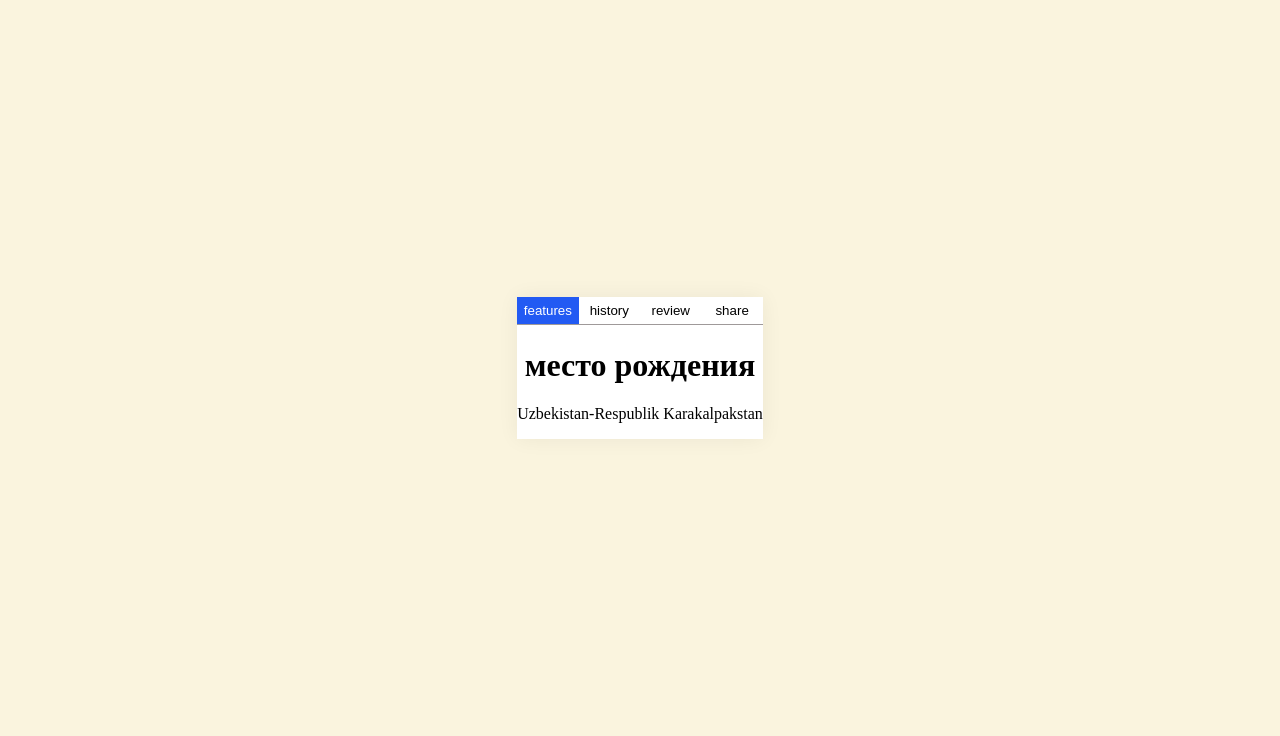
Repository: atamuratov777/info-about-me
Page: index.html
An editor plug-in stored every save of this project. The page is shown before and after the next save, followed by the edit.
The browser window is 1280 px wide. The pictures show the whole page.

Above is the page before, as saved 2026-06-20 14:58:52.

### index.html
<!DOCTYPE html>
<html lang="en">

<head>
    <link rel="stylesheet" href="./style.css">
    <meta charset="UTF-8">
    <meta name="viewport" content="width=device-width, initial-scale=1.0">
    <title>Document</title>
</head>

<body>

    <div class="card">
        <div class="card_top">
            <button class="btn active" onclick="{clickBtn(1)}">features</button>
            <button class="btn " onclick="{clickBtn(2)}">history</button>
            <button class="btn " onclick="{clickBtn(3)}">review</button>
            <button class="btn " onclick="{clickBtn(4)}">share</button>
        </div>


        <div class="card_bottom">
            <div class="text1 active">
                <h1>место рождения</h1>
                <p>Uzbekistan-Respublik Karakalpakstan</p>
            </div>

            <div class="text1">
                <h1>день рождения</h1>
                <p> 2011-15-May </p>
            </div>

            <div class="text1">
                <h1>contact to me</h1>
                <p> my-self(+998 91 098 87 11)
                    my-mom(+998 91 260 12 15)
                my-dad(+998 91 098 04 03)</p>
            </div>

            <div class="text1">
                <h1>Information about me</h1>
                <p> I study at school 53 and at the IT center.</p>
            </div>
        </div>

        <script src="./script.js"></script>
</body>

</html>

### style.css
body{
    background-color: rgb(250, 244, 222);
    display: flex;
    align-items: center;
    justify-content: center;
   height: 100vh;
}

.card{
    background-color: white;
    box-shadow: 0px 0px 20px rgba(0, 0, 0, 0.057);

}

.card_top{
    border-bottom: 1px solid rgb(159, 153, 153);
    display: grid;
    grid-template-columns: 1fr 1fr 1fr 1fr;
}

.btn{
    border: none;
    background-color: white;
    padding: 6px 0px;
    cursor: pointer;
}
.btn.active{
    background-color: rgb(34, 90, 243);
    color: white;
}


.btn:hover{
    background-color: rgb(234, 228, 221);
}



.text1{
    display: none;
}
.text1 h1{
    text-align: center;
}

.text1.active{
    display: block;
}

### script.js
const btns = document.getElementsByClassName("btn")
const texts = document.getElementsByClassName("text1")

const clickBtn = function (e) {
    btns[0].classList.add("active")
    btns[1].classList.add("active")
    btns[2].classList.add("active")
    btns[3].classList.add("active")
    btns[0].classList.remove("active")
    btns[1].classList.remove("active")
    btns[2].classList.remove("active")
    btns[3].classList.remove("active")
    texts[0].classList.add("active")
    texts[1].classList.add("active")
    texts[2].classList.add("active")
    texts[3].classList.add("active")
    texts[0].classList.remove("active")
    texts[1].classList.remove("active")
    texts[2].classList.remove("active")
    texts[3].classList.remove("active")
    btns[e - 1].classList.add("active")
    texts[e - 1].classList.add("active")

}

After the next save:
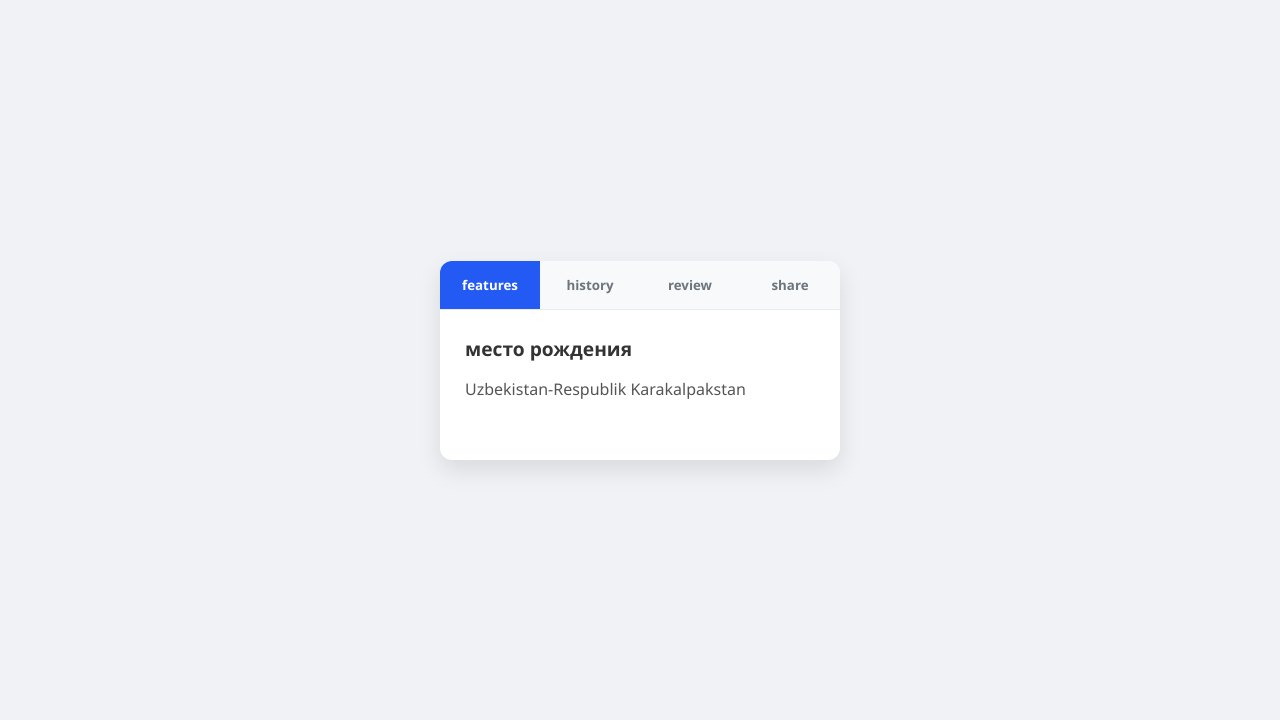
Saved 5 min 0 s later.
--- a/style.css
+++ b/style.css
@@ -1,48 +1,78 @@
-body{
-    background-color: rgb(250, 244, 222);
+* {
+    margin: 0;
+    padding: 0;
+    box-sizing: border-box;
+    font-family: 'Segoe UI', Tahoma, Geneva, Verdana, sans-serif;
+}
+
+body {
+    background-color: #f0f2f5;
     display: flex;
     align-items: center;
     justify-content: center;
-   height: 100vh;
+    height: 100vh;
 }
 
-.card{
+.card {
     background-color: white;
-    box-shadow: 0px 0px 20px rgba(0, 0, 0, 0.057);
-
+    width: 400px;
+    border-radius: 12px;
+    box-shadow: 0 10px 25px rgba(0, 0, 0, 0.1);
+    overflow: hidden;
 }
 
-.card_top{
-    border-bottom: 1px solid rgb(159, 153, 153);
+.card_top {
     display: grid;
-    grid-template-columns: 1fr 1fr 1fr 1fr;
+    grid-template-columns: repeat(4, 1fr);
+    background-color: #f8f9fa;
+    border-bottom: 1px solid #e9ecef;
 }
 
-.btn{
+.btn {
     border: none;
-    background-color: white;
-    padding: 6px 0px;
+    background: none;
+    padding: 15px 10px;
     cursor: pointer;
+    font-weight: 600;
+    color: #6c757d;
+    transition: all 0.3s ease;
 }
-.btn.active{
-    background-color: rgb(34, 90, 243);
+
+.btn.active {
+    background-color: #225af3;
     color: white;
 }
 
-
-.btn:hover{
-    background-color: rgb(234, 228, 221);
+.btn:hover:not(.active) {
+    background-color: #e9ecef;
 }
 
-
-
-.text1{
-    display: none;
-}
-.text1 h1{
-    text-align: center;
+.card_bottom {
+    padding: 25px;
+    min-height: 150px;
 }
 
-.text1.active{
+.text1 {
+    display: none;
+    animation: fadeIn 0.3s ease;
+}
+
+.text1.active {
     display: block;
 }
+
+.text1 h1 {
+    font-size: 1.2rem;
+    margin-bottom: 15px;
+    color: #333;
+}
+
+.text1 p {
+    color: #555;
+    line-height: 1.6;
+}
+
+@keyframes fadeIn {
+    from { opacity: 0; transform: translateY(10px); }
+    to { opacity: 1; transform: translateY(0); }
+}
